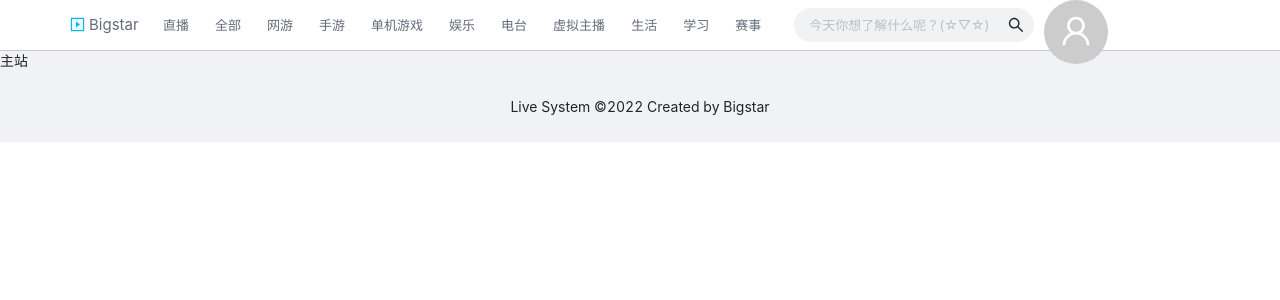
Repository: Bigstar-hyx/webrtc-react
Page: /
These files come from the project's save history. The page is drawn as it stood at one moment and after the next save; the edit follows.
The browser window is 1280 px wide. The pictures show the whole page.
The project was rebuilt for these pictures with package versions that can differ from the ones it lists, and the page was loaded fresh each time. Also part of the build but not shown: craco.config.js, webpack.config.js, src/pages/live/Index.css, src/pages/live/component/Content/Video/video.css, src/pages/live/component/Content/Video/Video.js, src/pages/live/component/Content/Comments/comments.css, src/pages/live/component/Content/Comments/TalkSend.js, src/pages/live/component/Content/Comments/Talk.js and 5 more.

Above is the page before, as saved 2022-01-30 18:30:26.

### src/index.js
import * as React from 'react'
import * as ReactDOM from 'react-dom'
import { BrowserRouter } from 'react-router-dom'
import App from './App.js'

ReactDOM.render(
  <BrowserRouter>
    <App />
  </BrowserRouter>,
  document.getElementById('root')
)

### src/App.js
import * as React from 'react'
import { Routes, Route } from 'react-router-dom'

import LiveIndex from './pages/live/Index'
import HomeIndex from './pages/home/Index'
import ViewerIndex from './pages/viewer/Index'
import TopIndex from './top/Index'

import { Layout } from 'antd'

const { Header, Footer, Content } = Layout

function App() {
  return (
    <>
      <Layout>
        <Header>
          <TopIndex />
        </Header>
        <Content>
          <Routes>
            <Route path="/" element={<HomeIndex />} />
            <Route path="live" element={<LiveIndex />} />
            <Route path="viewer" element={<ViewerIndex />} />
          </Routes>
        </Content>
        <Footer style={{ textAlign: 'center' }}>Live System ©2022 Created by Bigstar</Footer>
      </Layout>
    </>
  )
}

export default App

### src/pages/home/Index.js
import React, { Component } from 'react'

export class HomeIndex extends Component {
  render() {
    return <div>主站</div>
  }
}

export default HomeIndex

### src/top/Index.js
import { Avatar } from 'antd'
import { PlaySquareTwoTone, UserOutlined } from '@ant-design/icons'

import TopMenu from './component/TopMenu'
import TopSearch from './component/TopSearch'

import './index.css'

function TopIndex() {
  return (
    <>
      <div className="logo">
        <PlaySquareTwoTone twoToneColor="#0BB6F1" />
        &nbsp;Bigstar
      </div>
      <TopMenu />
      <TopSearch />
      <div>
        <Avatar size={64} icon={<UserOutlined />} />
      </div>
    </>
  )
}

export default TopIndex

### src/top/component/TopMenu.js
import './top-menu.css'

function TopMenu() {
  return (
    <div>
      <ul>
        <li>
          <a href="">直播</a>
        </li>
        <li>
          <a href="">全部</a>
        </li>
        <li>
          <a href="">网游</a>
        </li>
        <li>
          <a href="">手游</a>
        </li>
        <li>
          <a href="">单机游戏</a>
        </li>
        <li>
          <a href="">娱乐</a>
        </li>
        <li>
          <a href="">电台</a>
        </li>
        <li>
          <a href="">虚拟主播</a>
        </li>
        <li>
          <a href="">生活</a>
        </li>
        <li>
          <a href="">学习</a>
        </li>
        <li>
          <a href="">赛事</a>
        </li>
      </ul>
    </div>
  )
}

export default TopMenu

### src/top/component/TopSearch.js
import { Input } from 'antd'
import { SearchOutlined } from '@ant-design/icons'

import './top-search.css'

function TopSearch() {
  return (
    <div>
      <Input className="search" size="large" placeholder="今天你想了解什么呢？(☆▽☆)" suffix={<SearchOutlined />} />
    </div>
  )
}

export default TopSearch

### src/top/index.css
.ant-layout-header {
  height: 50px;
  padding: 0 50px;
  box-shadow: 0px 0px 1px #000;
  color: rgba(0, 0, 0, 0.85);
  line-height: 50px;
  background: #fff;
}
.logo {
  float: left;
  padding: 0px 0px 0px 20px;
  width: 100px;
  color: #646c7a;
  font-size: 15px;
}

### src/pages/live/component/Content/Comments/Comments.js
import React, { useState } from 'react'
import { Card } from 'antd'
import './comments.css'
import Talk from './Talk'
import SList from './SList'

const tabListNoTitle = [
  {
    key: 'talk',
    tab: '讨论区'
  },
  {
    key: 'slist',
    tab: '学员列表'
  }
]

const contentListNoTitle = {
  talk: <Talk />,
  slist: <SList />
}

function Comments() {
  const [activeTabKey2, setActiveTabKey2] = useState('talk')

  const onTab2Change = key => {
    setActiveTabKey2(key)
  }
  return (
    <div className="comments-box">
      <Card
        className="card"
        tabList={tabListNoTitle}
        activeTabKey={activeTabKey2}
        onTabChange={key => {
          onTab2Change(key)
        }}
      >
        {contentListNoTitle[activeTabKey2]}
      </Card>
    </div>
  )
}

export default Comments

### src/top/component/top-menu.css
ul {
  margin: auto;
}
ul li a {
  float: left;
  color: #646c7a;
  font-size: 13px;
}

li {
  list-style: none;
}

li a {
  margin: 0 5px;
  padding: 0 8px;
}

a {
  /* text-decoration: none; */
}

### src/top/component/top-search.css
.search {
  float: left;
  margin: 8px 10px 8px 20px;
  padding: 0px 10px 0px 15px;
  border: none;
  border-radius: 20px;
  background: #f1f2f4;
  width: 240px;
  height: 34px;
}

.ant-input-affix-wrapper > input.ant-input {
  background: #f1f2f4;
  font-size: 13px;
}

### src/pages/live/component/Content/Comments/TalkList.js
import React from 'react'
import { Comment, Tooltip, List } from 'antd'
import moment from 'moment'

const data = [
  {
    author: '学员1',
    avatar: 'https://joeschmoe.io/api/v1/random',
    content: <p>老师真好看</p>
  },
  {
    author: '学员2',
    avatar: 'https://joeschmoe.io/api/v1/random',
    content: <p>讲得真好！</p>
  }
]

function TalkList() {
  return (
    <div>
      <List
        className="comment-list"
        itemLayout="horizontal"
        dataSource={data}
        renderItem={item => (
          <li>
            <Comment actions={item.actions} author={item.author} avatar={item.avatar} content={item.content} datetime={item.datetime} />
          </li>
        )}
      />
    </div>
  )
}

export default TalkList

### src/pages/live/component/Content/Comments/talk.css
* {
  margin: 0;
  padding: 0;
}
.talk-list {
  width: 100%;
  height: 480px;
}
.talk-send {
  width: 100%;
  height: 40px;
}

Loaded but not shown: public/index.html (common file)

After the next save:
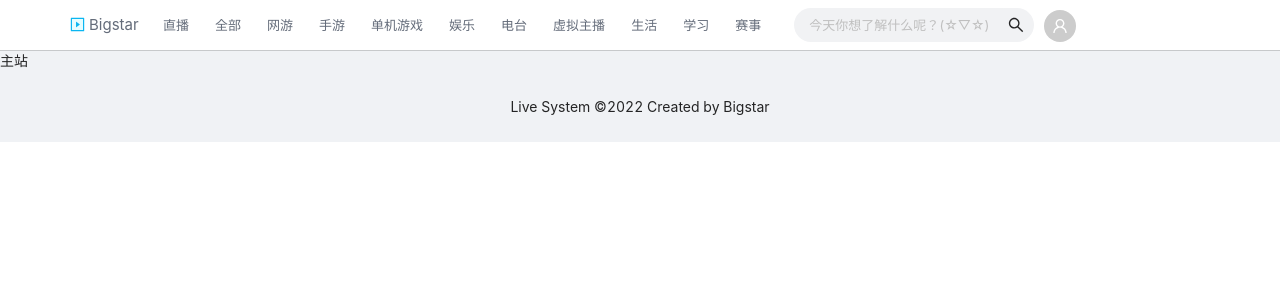
Saved 17 s later.
--- a/src/top/Index.js
+++ b/src/top/Index.js
@@ -16,7 +16,7 @@ function TopIndex() {
       <TopMenu />
       <TopSearch />
       <div>
-        <Avatar size={64} icon={<UserOutlined />} />
+        <Avatar size={32} icon={<UserOutlined />} />
       </div>
     </>
   )
